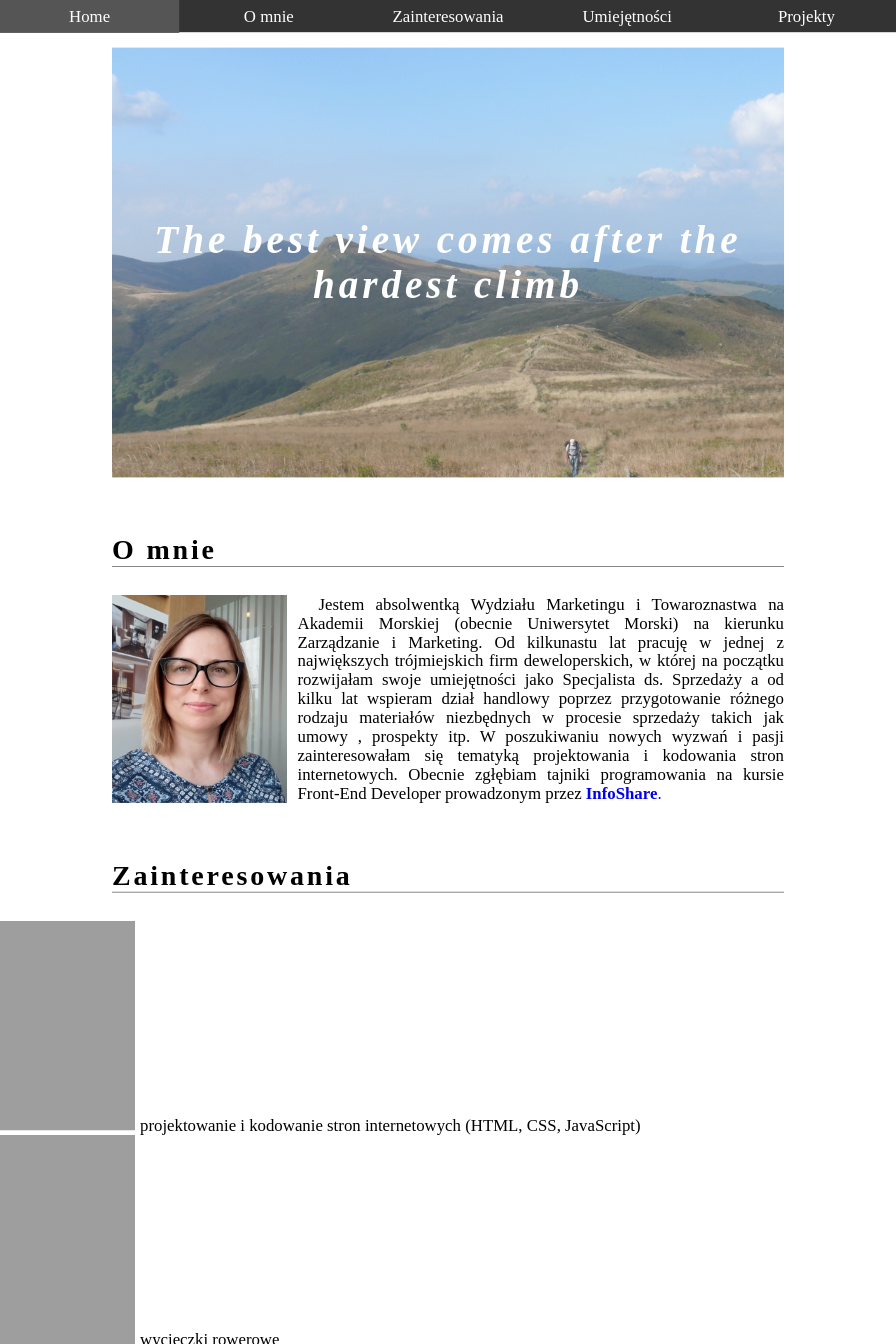
Repository: MagJaw/portfolio
Page: portfolio.html
These files come from the project's save history. The page is drawn as it stood at one moment and after the next save; the edit follows.
The browser window is 1280 px wide. The pictures show the part of the page from y = 0 to 1920 px (the page is 7772 px tall), at 70% of full size.

Above is the page before, as saved 2018-11-15 07:18:25.

After the next save:
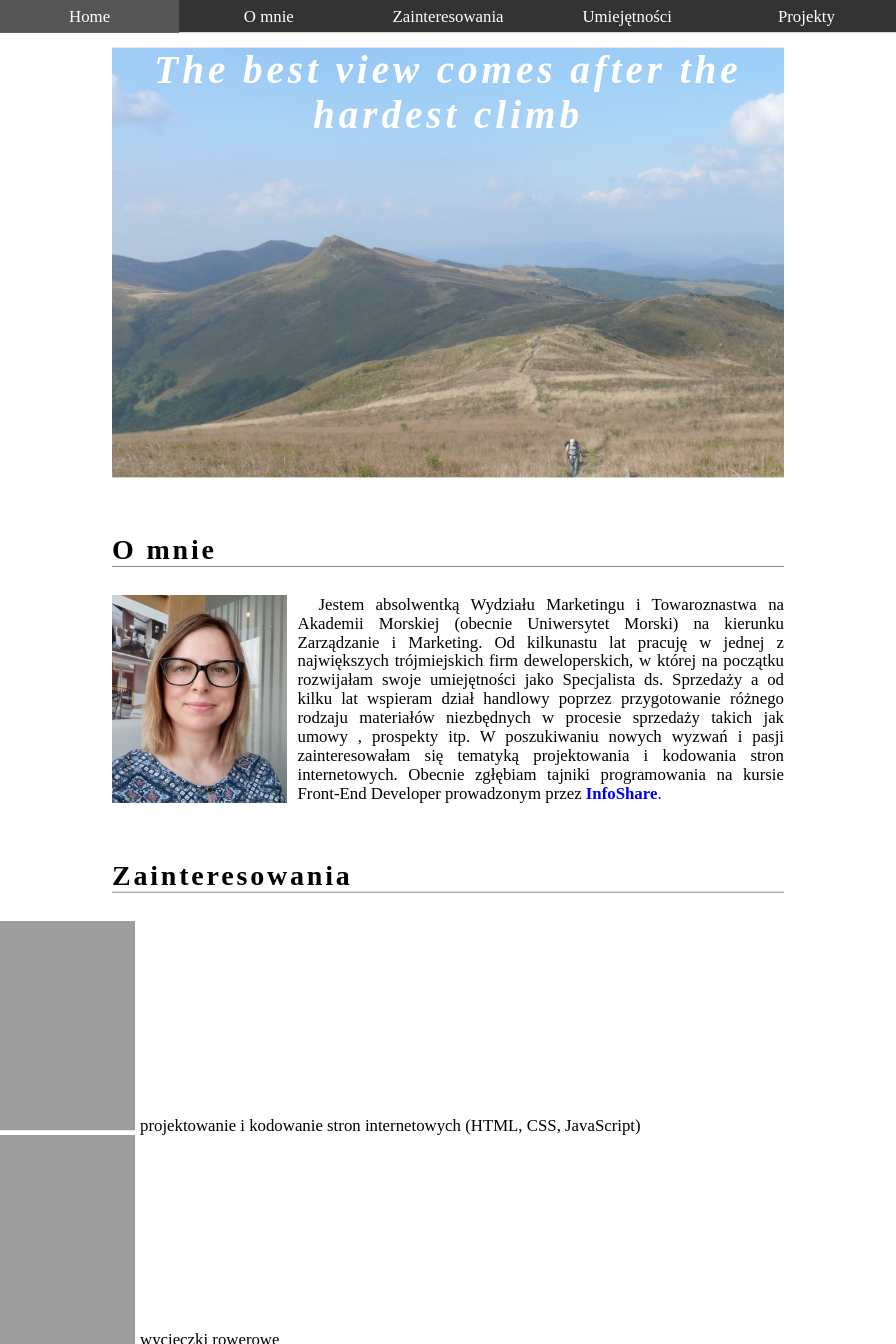
Saved 4 min 47 s later.
--- a/main.css
+++ b/main.css
@@ -88,39 +88,49 @@
 
     0%
     {
-        content: "the";
+        vertical-align: 10vh;
     }
 
     10%
     {
-        content: "best";
+        vertical-align: 20vh;
     }
     20%
     {
-        content: "view";
+        vertical-align: 30vh;
     }
     30%
     {
-        content: "comes";
+        vertical-align: 40vh;
     }
     40%
     {
-        content: "after";
+        vertical-align: 50vh;
     }
     50%
     {
-        content: "the";
+        vertical-align: 60vh;
     }
     60%
     {
-        content: "hardest";
+        vertical-align: 70vh;
     }
     70%
     {
-        content: "climb";
-    }
-
-
+        vertical-align: 80vh;
+    }
+    80%
+    {
+        vertical-align: 90vh;
+    }
+    90%
+    {
+        vertical-align: 100vh;
+    }
+    100%
+    {
+        vertical-align: middle;
+    }
 }
 
 

After the 5 saves that followed:
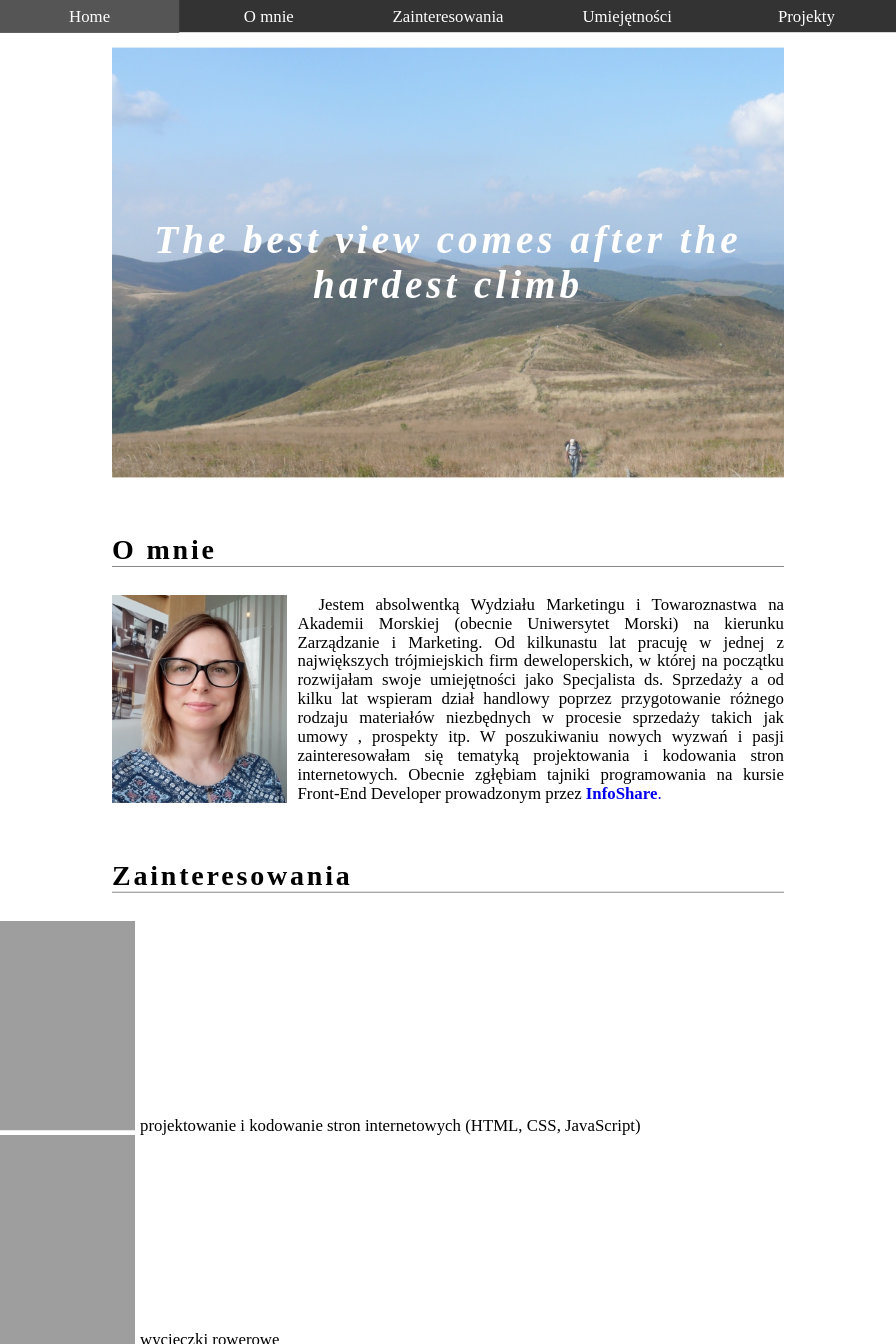
The 5 saves are shown as one change because 4 left the picture as it was.
The last was saved 8 min 5 s later.
--- a/main.css
+++ b/main.css
@@ -50,7 +50,7 @@
 display: table-cell;
 margin: 0;
 /*animation: pojawienie 4s ease 1 normal;*/
-animation: pojawienie 6s linear 1 normal;
+animation: pojawienie 5s ease 1 normal;
 }
 
 /*@keyframes pojawienie {
@@ -88,49 +88,22 @@
 
     0%
     {
-        vertical-align: 10vh;
-    }
-
-    10%
-    {
-        vertical-align: 20vh;
-    }
-    20%
-    {
-        vertical-align: 30vh;
-    }
+        vertical-align: top;
+    }
+
     30%
     {
-        vertical-align: 40vh;
-    }
-    40%
-    {
-        vertical-align: 50vh;
-    }
-    50%
-    {
-        vertical-align: 60vh;
+        vertical-align: middle;
     }
     60%
     {
-        vertical-align: 70vh;
-    }
-    70%
-    {
-        vertical-align: 80vh;
-    }
-    80%
-    {
-        vertical-align: 90vh;
+        vertical-align: bottom;
     }
     90%
     {
-        vertical-align: 100vh;
-    }
-    100%
-    {
         vertical-align: middle;
     }
+
 }
 
 
